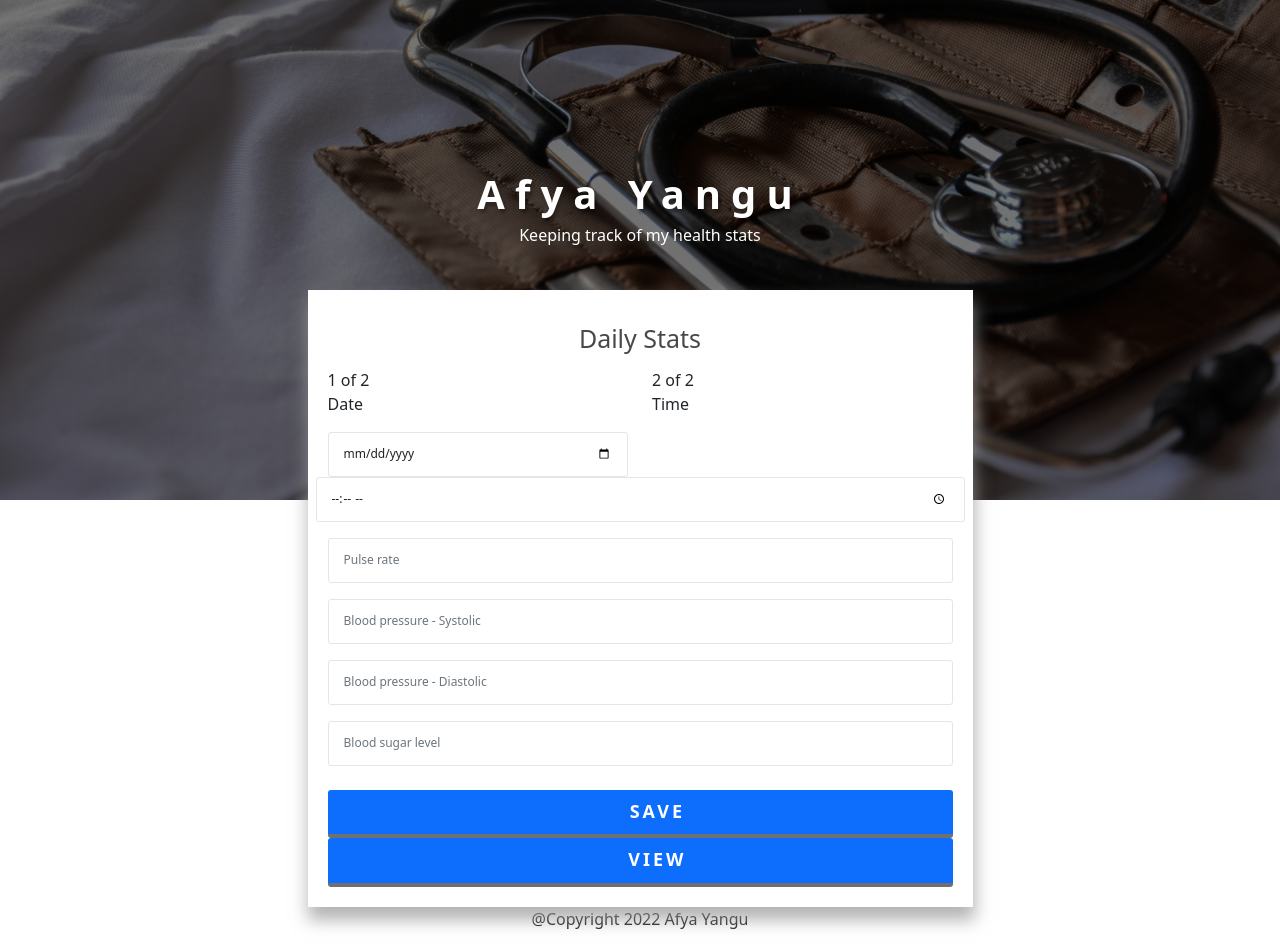
Repository: nashthecoder/afya_yangu
Page: /
The author's editor kept a copy of each file at every save. The page is drawn from the files as they stood at one save, then again after the next save.
The browser window is 1280 px wide. The pictures show the whole page.
The project was rebuilt for these pictures with package versions that can differ from the ones it lists, and the page was loaded fresh each time.

Above is the page before, as saved 2022-02-27 15:49:45.

### src/App.js
import React from 'react'
import Banner from './components/Banner'
import Form from './components/Form'
import Footer from './components/Footer'
function App() {
  return (
    <div className="App">
      <Banner />
      <Form />
      <Footer />
    </div>
  );
}

export default App;

### src/style.scss
@import '../node_modules/bootstrap/scss/bootstrap.scss';
/*********************************************/
/*             GENERAL CSS              */
/*********************************************/

body {
    width: 100%;
    position: relative;
}

p.main-form-text {
    font-size: 25px !important;
    font-weight: 500;
    color: #494949;
}

h3 {
    font-size: 40px;
    letter-spacing: 10px;
    font-weight: bold;
}

h4 {
    font-size: 16px;
}

img {
    width: 100%;
    height: 100%;
}

form {
    position: relative;
}

/*********************************************/
/*              UTILITY CSS             */
/*********************************************/

input,
input.form-control {
    color: #222;
    font-size: 12px;
    background: $white;
    padding: 0 15px;
    width: 100%;
    height: 45px;
    line-height: 46px;
    outline: none;
    border: 1px solid #e5e5e5;
    border-radius: 3px;
    box-shadow: none;
    transition: all 0.3s;
}

.btn-primary {
    font-weight: 600;
    font-size: 18px;
    cursor: pointer;
    display: inline-block;
    text-transform: uppercase;
    border: none;
    color: $white;
    border-radius: 3px;
    transition: all 0.3s;
    border-bottom: 4px solid #707070;
    letter-spacing: 3px;
}

.btn-primary:hover,
.btn-primary:focus {
    border-bottom: 4px solid #707070;
    background-color: #2b2b2b;
}

.banner {
    background-image: url("./images/bg.jpg");
    min-height: 500px;
    padding: 40px 0px;
    position: relative;
    background-position: center center;
    background-size: cover;
    background-repeat: no-repeat;
}

.banner::before {
    content: "";
    width: 100%;
    height: 100%;
    opacity: 0.5;
    background-color: #000;
    position: absolute;
    top: 0;
}

.brand {
    text-shadow: 2px 4px 3px rgba(0, 0, 0, 0.3);
}

.caption-text {
    margin-top: 130px;
    color: $white;
    position: relative;
}

/*********************************************/
/*              BANNER CSS              */
/*********************************************/

.banner {
    background-image: url("./images/bg.jpg");
    min-height: 500px;
    padding: 40px 0px;
    position: relative;
    background-position: center center;
    background-size: cover;
    background-repeat: no-repeat;
}

.banner::before {
    content: "";
    width: 100%;
    height: 100%;
    opacity: 0.5;
    background-color: #000;
    position: absolute;
    top: 0;
}

.brand {
    text-shadow: 2px 4px 3px rgba(0, 0, 0, 0.3);
}

.caption-text {
    margin-top: 130px;
    color: $white;
    position: relative;
}

/*********************************************/
/*              FORM CSS                "/
/*********************************************/

.form-box #box-title {
    position: relative;
    padding: 10px;
    text-align: center;
}

.form-box #box-title p {
    margin-bottom: 0;
    font-size: 14px;
}

.fill-form {
    position: relative;
    margin: -210px auto 0px auto;
    box-shadow: 1px 12px 16px 1px rgba(153, 153, 153, 0.75);
    -webkit-box-shadow: 1px 12px 16px 1px rgba(153, 153, 153, 0.75);
    -moz-box-shadow: 1px 12px 16px 1px rgba(153, 153, 153, 0.75);
}

.fill-form .form-box__img {
    background-color: transparent;
}

.fill-form .form-box__content {
    padding: 20px;
    background-color: $white;
}

/*********************************************/
/*               FOOTER CSS                  "/
/*********************************************/

footer p {
    margin: 55px 0px 60px 0px;
    font-size: 17px;
    font-weight: 600;
    color: transparent;
    -webkit-background-clip: text;
    -moz-background-clip: text;
    background-clip: text;
}

### src/components/Banner.js
import React from 'react'

const Banner = () => {
    return (
        <>
        <header>
            <div className="banner">
                <div className="container">
                    <div className="row">
                        <div className="col-lg-9 offset-lg-3 mx-auto">
                            <div className="caption-text text-center">
                                <h3 className="brand">Afya Yangu</h3>
                                <h4> Keeping track of my health stats</h4>
                            </div>
                        </div>
                    </div>
                </div>
            </div>
        </header>
        </>
    )
}

export default Banner

### src/components/Form.js
import React from 'react'

const Form = () => {
    return (
        <>
        <section>
            <div className="container">
                <div className="row">
                <div className="col-lg-7 offset-lg-2 g-0 mx-auto">
                    <div className="fill-form form-box">
                            <div className="form-box__content">
                            <div id="box-title">
                                <p className="main-form-text">Daily Stats</p>
                            </div>
                            <div class="row">
                                <div class="col">
                                1 of 2
                                </div>
                                <div class="col">
                                2 of 2
                                </div>
                            </div>
                            <form>

                                <div class="row">
                                    <div class="col">
                                        <p>Date</p>
                                        <input
                                            class="form-control"
                                            id="date"
                                            name="date"
                                            placeholder="Date"
                                            type="date"
                                        />
                                    </div>
                                    <div class="col">
                                        <p>Time</p>
                                    </div>
                                    <input
                                        class="form-control"
                                        id="time"
                                        name="time"
                                        placeholder="Time"
                                        type="time"
                                    />
                                </div>
                                <div className="mt-3">
                                <input
                                    className="form-control"
                                    id="pulse-rate"
                                    name="pulse-rate"
                                placeholder="Pulse rate"
                                    type="number"
                                />
                                </div>
                                <div className="mt-3">
                                    <input
                                        class="form-control"
                                    id="systolic-number"
                                        name="systolic-number"
                                        placeholder="Blood pressure - Systolic"
                                        type="number"
                                    />
                                </div>
                                <div className="mt-3">
                                    <input
                                        className="form-control"
                                        id="diastolic-number"
                                        name="diastolic-number"
                                    placeholder="Blood pressure - Diastolic"
                                        type="number"
                                    />
                                </div>
                                <div className="mt-3">
                                    <input
                                        class="form-control"
                                    id="bloodSugar-level"
                                        name="bloodSugar-level"
                                        placeholder="Blood sugar level"
                                        type="number"
                                    />
                                </div>
                                <div className="d-grid mt-4">
                                <button class="btn btn-primary btn-lg" type="submit" value="Send Now">
                                    <svg
                                    xmlns="http://www.w3.org/2000/svg"
                                    width="27"
                                    height="27"
                                    fill="currentColor"
                                    class="bi bi-mailbox2"
                                    viewBox="0 0 16 16"
                                    >
                                    </svg>{" "}
                                    Save
                                </button>
                                <button class="btn btn-primary btn-lg" type="submit" value="Send Now">
                                    <svg
                                    xmlns="http://www.w3.org/2000/svg"
                                    width="27"
                                    height="27"
                                    fill="currentColor"
                                    class="bi bi-mailbox2"
                                    viewBox="0 0 16 16"
                                    >
                                    </svg>{" "}
                                    View
                                </button>
                                </div>
                            </form>
                            </div>
                        </div>
                    </div>
                </div>
                </div>
        </section>
        </>
    )
}

export default Form

### src/components/Footer.js
import React from 'react'

const Footer = () => {
    return (
        <>
        <div>
            <p className="footer text-center">@Copyright 2022 Afya Yangu</p>
        </div>
        </>
    )
}

export default Footer

Loaded but not shown: public/index.html (common file); src/index.js (common file); src/reportWebVitals.js (common file)

After the next save:
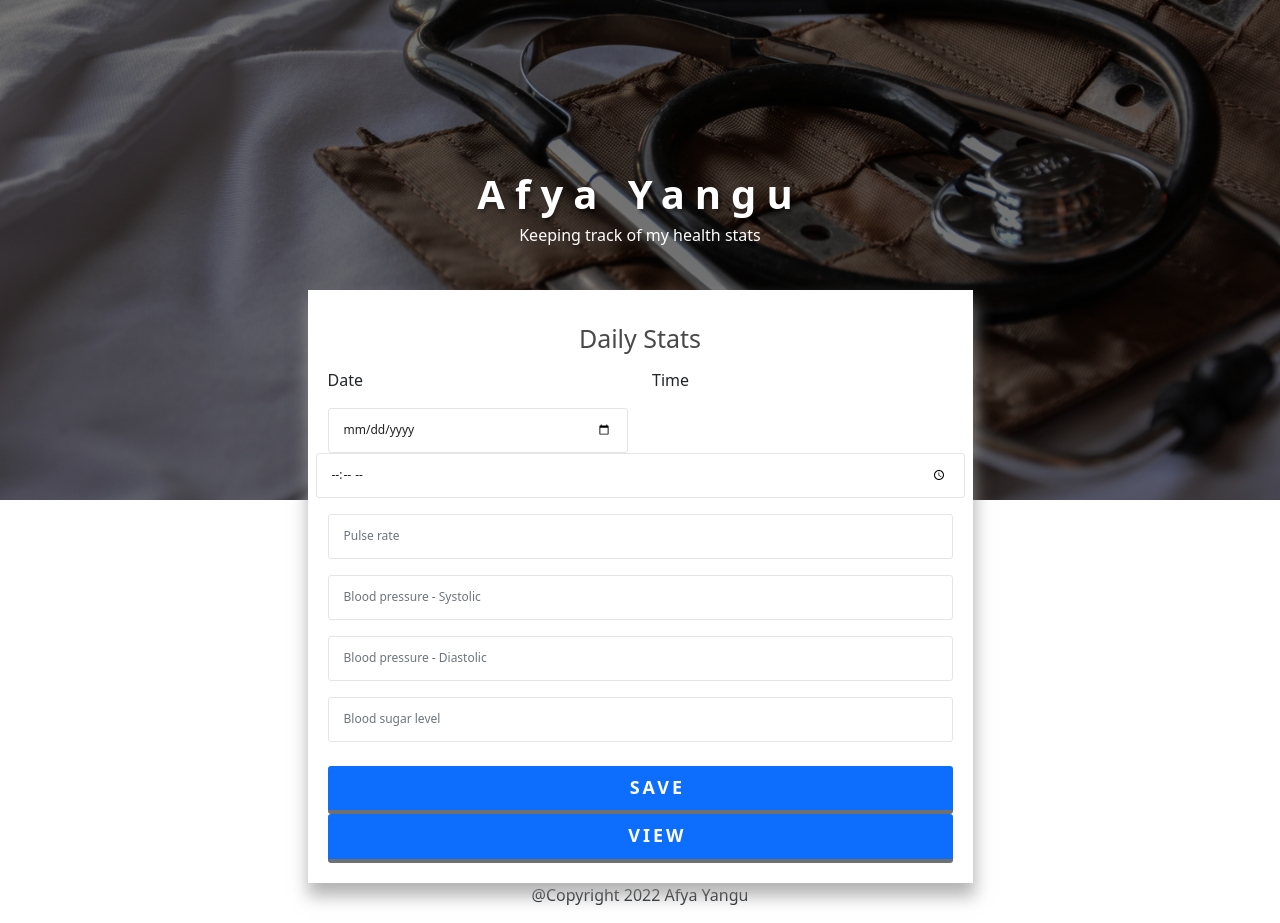
Saved 17 s later.
--- a/src/components/Form.js
+++ b/src/components/Form.js
@@ -11,14 +11,6 @@ const Form = () => {
                             <div className="form-box__content">
                             <div id="box-title">
                                 <p className="main-form-text">Daily Stats</p>
-                            </div>
-                            <div class="row">
-                                <div class="col">
-                                1 of 2
-                                </div>
-                                <div class="col">
-                                2 of 2
-                                </div>
                             </div>
                             <form>
 
